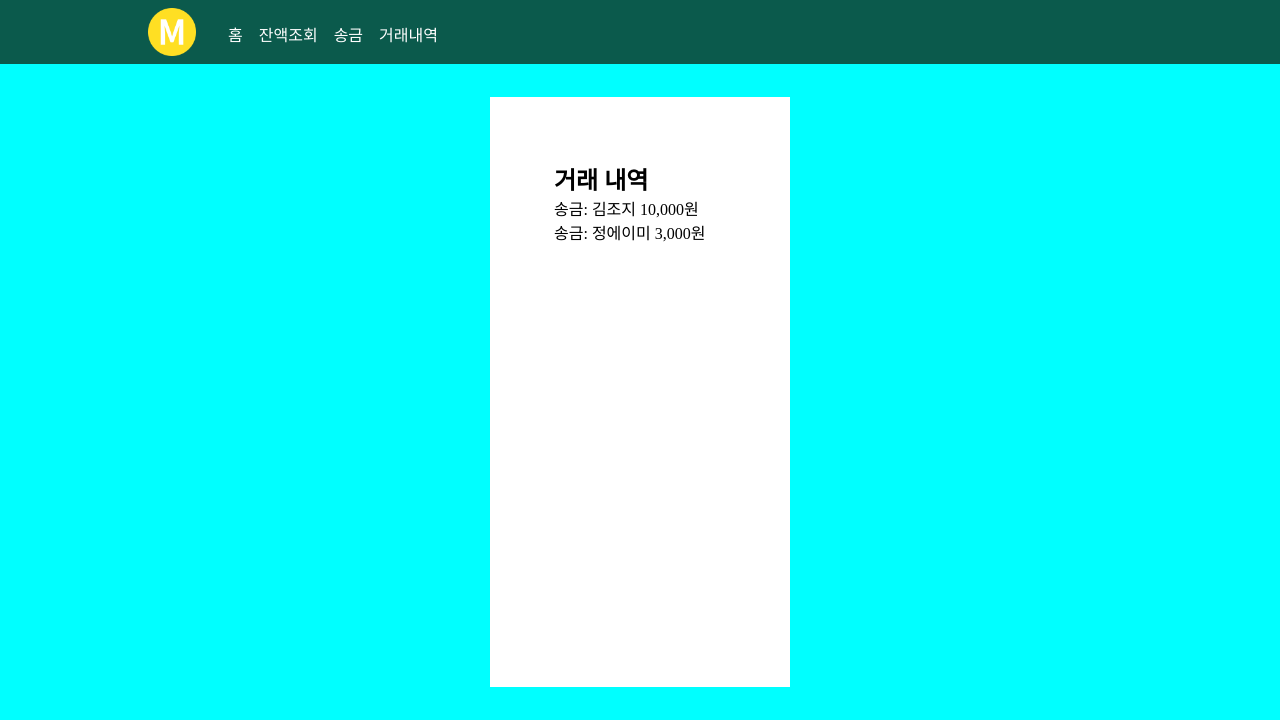
Repository: JiNookk/makaobank
Page: week06/makaoBank/transaction.html
The author's editor kept a copy of each file at every save. The page is drawn from the files as they stood at one save, then again after the next save.
The browser window is 1280 px wide. The pictures show the whole page.

Above is the page before, as saved 2022-09-13 17:27:30.

### week06/makaoBank/transaction.html
<!DOCTYPE html>
<html lang="ko">
    <head>
        <meta charset="UTF-8">
        <title>마카오 뱅크</title>
        <!-- <link rel="favicon for makaoBank" href="./resources/logo.png"> favicon나중에 넣어보기-->
        <link rel="stylesheet" href="./css/reset.css">
        <link rel="stylesheet" href="./css/layout.css">
        <link rel="stylesheet" href="./css/elements.css">
    </head>
    <body>
        <header>
            <nav id="nav-item-container">
                <a href="./index.html">
                    <img id="home-logo" alt="makaoBank home Button" src="./resources/logo.png">
                </a>
                <a href="./index.html">홈</a>
                <a href="./amount.html">잔액조회</a>
                <a href="./transfer.html">송금</a>
                <a href="./transaction.html">거래내역</a>
            </nav>
        </header>
        <main>
            <section class="content-container">
               <h1>거래 내역</h1>
               <p>송금: 김조지 10,000원</p>
               <p>송금: 정에이미 3,000원</p>
            </section>
        </main>
    </body>
</html>

### week06/makaoBank/css/reset.css
* {
    box-sizing: border-box;
    margin: 0px;
    padding: 0px;
}

### week06/makaoBank/css/layout.css
html{
    width: 100%;
    height: 100%;
}

body{
    display: grid;
    grid: 4rem 1fr 18fr 1fr / 1fr 500px 500px 1fr;

    grid-template-areas:
    "header header header header"
    ". . . ."
    ". main main ."
    ". . . .";

    color: white;
    background-color: aqua;

    width: 100%;
    height: 100%;
}

#home-contents-container{
    grid: 4rem 1fr 300px 1fr / 1fr 500px 500px 1fr;
    grid-template-areas:
    "header header header header"
    ". . . ."
    ". main main ."
    ". . . .";
}

header{
    grid-column-start: span 4;
    grid-area:header;

    display: grid;
    grid-template-columns: 1fr 500px 500px 1fr;

    height: 4rem;
    background-color: rgb(11,90,76);
}

nav{
    grid-column-start: 2;
    grid-row-start: 1;
}

nav *{
    margin-right: 1rem;
}

main{
    display: flex;
    justify-content: center;
    grid-area: main;
}

aside{
    grid-area: aside;
}

### week06/makaoBank/css/elements.css
/* aside>div{
    background-image: url("../resources/saving.png");
    width: 100%;
    height: 100%;
} */

a{
    color: white;
    text-decoration: none;
}

#nav-item-container{
    display: flex;

    align-items: center;

    padding: .5rem;
}

#home-items-container{
    display: flex;
}

#home-logo{
    height: 3rem;
}

#home-description{
    font-size: 1.8rem;

    display: flex;
    flex-direction: column;
    align-items: center;

    width: 500px;
}

#home-description button{
    font-size: .6rem;

    justify-self: center;
    margin: .3rem;
    margin-top: 3rem;

    background-color: rgb(11,90,76);
    color: white;

    width: 160px;
    height: 65px;

    border-radius: 2.3rem;
}

#saving-image{
    width: 72vh;
    height: 40vh;
}

.content-container{
    padding: 4rem;

    width: 30%;
    height: 100%;

    background-color: white;
}

.content-container *{
    color: black;
}

After the next save:
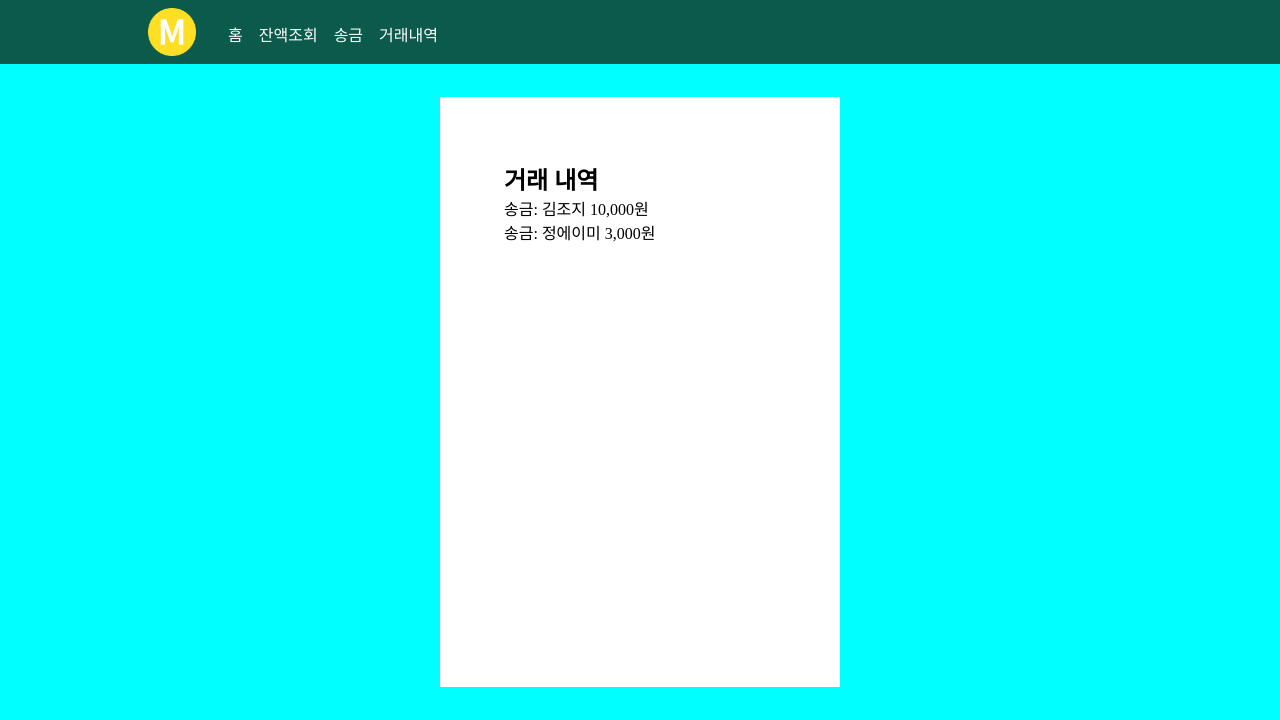
Saved 7 s later.
--- a/week06/makaoBank/css/elements.css
+++ b/week06/makaoBank/css/elements.css
@@ -59,7 +59,7 @@ a{
 .content-container{
     padding: 4rem;
 
-    width: 30%;
+    width: 40%;
     height: 100%;
 
     background-color: white;
